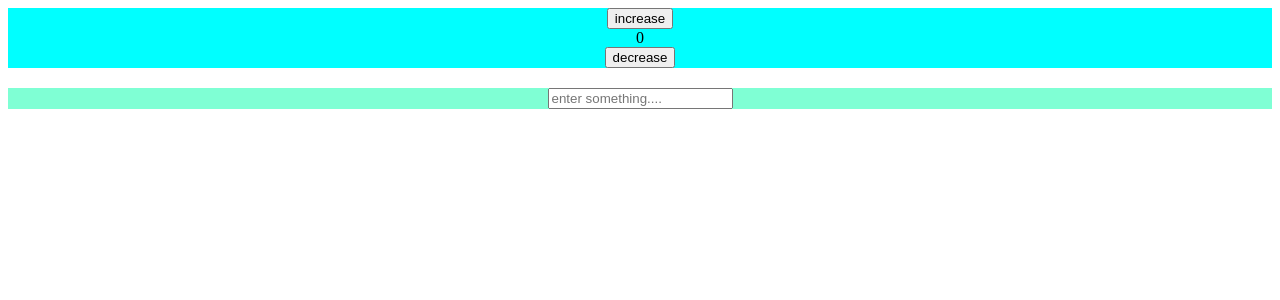
Repository: Samkiroko/react-hooks
Page: /
An editor plug-in stored every save of this project. The page is shown before and after the next save, followed by the edit.
The browser window is 1280 px wide. The pictures show the whole page.
The project was rebuilt for these pictures with package versions that can differ from the ones it lists, and the page was loaded fresh each time.

Above is the page before, as saved 2021-08-22 20:58:07.

### src/index.css
.counter {
    display: flex;
    flex-direction: column;
    background-color: aqua;
    align-items: center;
}

.input2 {
    margin-top: 20px;
    display: flex;
    flex-direction: column;
    align-items: center;
    background-color: aquamarine;
}

### src/App.js
import Usestate from './components/usestate/Usestate'
import Usestate2 from './components/usestate/Usestate2'

function App() {
  return (
    <div className='App'>
      <Usestate />
      <Usestate2 />
    </div>
  )
}

export default App

### src/components/usestate/Usestate.js
import React, { useState } from 'react'

const Usestate = () => {
  const [count, setCount] = useState(0)
  const increase = () => {
    setCount(count + 1)
  }
  const decrease = () => {
    setCount(count - 1)
  }
  return (
    <div>
      <div className='counter'>
        <button onClick={increase}>increase</button>
        {count}
        <button onClick={decrease}>decrease</button>
      </div>
    </div>
  )
}

export default Usestate

### src/components/usestate/Usestate2.js
import React, { useState } from 'react'

const Usestate2 = () => {
  const [inputValue, setInputValue] = useState('copy cat')
  return (
    <div className='input2'>
      <input type='text' placeholder='enter something....' />
    </div>
  )
}

export default Usestate2

Loaded but not shown: public/index.html (common file); src/index.js (common file)

After the next save:
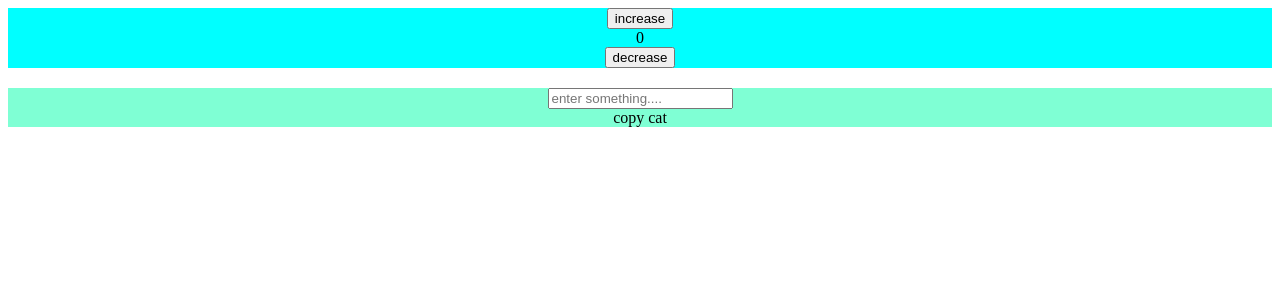
Saved 32 s later.
--- a/src/components/usestate/Usestate2.js
+++ b/src/components/usestate/Usestate2.js
@@ -5,6 +5,7 @@ const Usestate2 = () => {
   return (
     <div className='input2'>
       <input type='text' placeholder='enter something....' />
+      {inputValue}
     </div>
   )
 }
